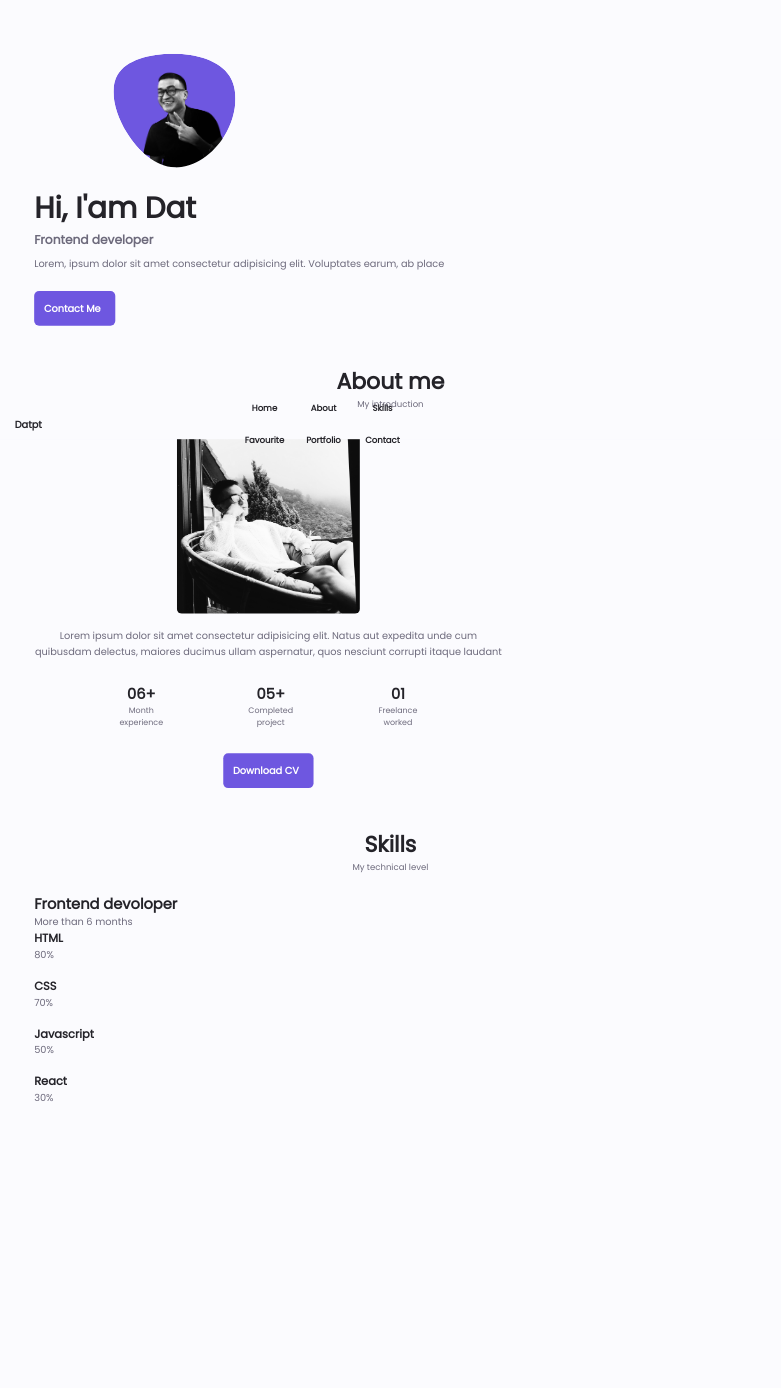
Repository: Datt21/portfolio
Page: index.html
The author's editor kept a copy of each file at every save. The page is drawn from the files as they stood at one save, then again after the next save.
The browser window is 1280 px wide. The pictures show the whole page, at 61% of full size.
Some icons come from a web library that is not loaded, so they are not drawn.

Above is the page before, as saved 2021-07-10 17:02:44.

### index.html
<!DOCTYPE html>
<html lang="en">
<head>
    <meta charset="UTF-8">
    <meta http-equiv="X-UA-Compatible" content="IE=edge">
    <meta name="viewport" content="width=device-width, initial-scale=1.0">
    <!--============= ICONS ================  -->
    <link rel="stylesheet" href="https://unicons.iconscout.com/release/v4.0.0/css/line.css">

    <!-- ============= SWIPER CSS =============== -->
    <link rel="stylesheet" href="">

    <!-- =============== CSS ========================= -->
    <link rel="stylesheet" href="./Css/style.css">

    <title>Portfolio</title>
</head>
<body>
    <!--============================ HEADER ============================ -->
    <header class="header" id="header">
        <nav class="nav container">
            <a href="#" class="nav__logo">Datpt</a>

            <div class="nav__menu" id="nav-menu">
                <ul class="nav__list grid">
                    <li class="nav__item">
                        <a href="#home" class="nav__link">
                            <i class="uil uil-estate nav__icon"></i>Home
                        </a>
                    </li>
                    <li class="nav__item">
                        <a href="#about" class="nav__link">
                            <i class="uil uil-user nav__icon"></i>About
                        </a>
                    </li>
                    <li class="nav__item">
                        <a href="#skills" class="nav__link">
                            <i class="uil uil-file-alt nav__icon"></i>Skills
                        </a>
                    </li>
                    <li class="nav__item">
                        <a href="#fovourite" class="nav__link">
                            <i class="uil uil-books nav__icon"></i>Favourite
                        </a>
                    </li>
                    <li class="nav__item">
                        <a href="#portfolio" class="nav__link">
                            <i class="uil uil-scenery nav__icon"></i>Portfolio
                        </a>
                    </li>
                    <li class="nav__item">
                        <a href="#contact" class="nav__link">
                            <i class="uil uil-message nav__icon"></i>Contact
                        </a>
                    </li>
                </ul>
                <i class="uil uil-times nav__close" id="nav-close"></i>
            </div>

            <div class="nav__btns">
                <div class="nav__toggle" id="nav-toggle">
                    <i class="uil uil-apps"></i>
                </div>
            </div>
        </nav>
    </header>

     <!--==================== MAIN ====================-->
     <main class="main">
        <!--==================== HOME ====================-->
        <section class="home section" id="home">
            <div class="home__container container grid">
                <div class="home__content grid">
                    <div class="home__social">
                        <a href="https://www.facebook.com/profile.php?id=100043830603950" target="_blank" class="home__social-icon">
                            <i class="uil uil-facebook"></i>
                        </a>
                        <a href="https://t.me/datpt21" target="_blank" class="home__social-icon">
                            <i class="uil uil-telegram-alt"></i>
                        </a>
                        <a href="https://github.com/Datt21" target="_blank" class="home__social-icon">
                            <i class="uil uil-github-alt"></i>
                        </a>
                    </div>

                    <div class="home__img">
                        <svg class="home__blob" viewBox="0 0 200 187" xmlns="http://www.w3.org/2000/svg" xmlns:xlink="http://www.w3.org/1999/xlink">
                            <mask id="mask0" mask-type="alpha">
                                <path d="M190.312 36.4879C206.582 62.1187 201.309 102.826 182.328 134.186C163.346 165.547
                                130.807 187.559 100.226 186.353C69.6454 185.297 41.0228 161.023 21.7403 129.362C2.45775
                                97.8511 -7.48481 59.1033 6.67581 34.5279C20.9871 10.1032 59.7028 -0.149132 97.9666
                                0.00163737C136.23 0.303176 174.193 10.857 190.312 36.4879Z"/>
                            </mask>
                            <g mask="url(#mask0)">
                                <path d="M190.312 36.4879C206.582 62.1187 201.309 102.826 182.328 134.186C163.346
                                165.547 130.807 187.559 100.226 186.353C69.6454 185.297 41.0228 161.023 21.7403
                                129.362C2.45775 97.8511 -7.48481 59.1033 6.67581 34.5279C20.9871 10.1032 59.7028
                                -0.149132 97.9666 0.00163737C136.23 0.303176 174.193 10.857 190.312 36.4879Z"/>

                                <image class="home_blob-img" x='12' y='18 'xlink:href="./images/me.png"/>
                            </g>
                        </svg>

                    </div>

                    <div class="home__data">
                        <h1 class="home__title">Hi, I'am Dat</h1>
                        <h3 class="home_subtitle">Frontend developer</h3>
                        <p class="home_description">Lorem, ipsum dolor sit amet consectetur adipisicing elit.
                            Voluptates earum, ab place</p>
                        <a href="#contact" class="button button--flex">
                            Contact Me<i class="uil uil-message button__icon"></i>
                        </a>
                    </div>
                </div>

                <div class="home_scroll">
                    <a href="#about" class="home__scroll-button button--flex">
                        <i class="uil uil-mouse-alt-2 home__scroll-mouse"></i>
                        <span class="home__scroll-name">Scroll down</span>
                        <i class="uil uil-arrow-down home__scroll-arrow"></i>
                    </a>
                </div>
            </div>
        </section>

        <!--==================== ABOUT ====================-->
        <section class="about section" id="about">
            <h2 class="section__title">About me</h2>
            <span class="section__subtitle">My introduction</span>

            <div class="about__container container grid">
                <img src="./images/me2.jpg" alt="" class="about__img">

                <div class="about-data">
                    <p class="about-decription">Lorem ipsum dolor sit amet consectetur adipisicing elit.
                        Natus aut expedita unde cum quibusdam delectus, maiores ducimus ullam aspernatur, quos nesciunt corrupti itaque laudant</p>

                    <div class="about__info">
                        <div>
                            <span class="about__info-title">06+</span>
                            <span class="about__info-name">Month <br> experience</span>
                        </div>
                        <div>
                            <span class="about__info-title">05+</span>
                            <span class="about__info-name">Completed <br> project</span>
                        </div>
                        <div>
                            <span class="about__info-title">01</span>
                            <span class="about__info-name">Freelance <br> worked</span>
                        </div>
                    </div>

                    <div class="about__buttons">
                        <a download="" href="./pdf/LeTienDat_CV.pdf" class="button button--flex">
                            Download CV <i class="uil uil-download-alt button__icon"></i>
                        </a>
                    </div>
                </div>
            </div>


        </section>

        <!--==================== SKILLS ====================-->
        <section class="skills section" id="skills">
            <h2 class="section__title">Skills</h2>
            <span class="section__subtitle">My technical level</span>

            <div class="skills__container container grid">
                <div>
                    <!-- skill 1 -->
                    <div class="skills__content">
                        <div class="skills__header">
                            <i class="uil uil-brackets-curly skills__icon"></i>

                            <div>
                                <h1 class="skills__title">Frontend devoloper</h1>
                                <span class="skills__subtitle">More than 6 months</span>
                            </div>
                            <i class="uil uil-angle-down skills__arrow"></i>
                        </div>

                        <div class="skills__list grid">
                            <div class="skills__data">
                                <div class="skills__title">
                                    <h3 class="skills__name">HTML</h3>
                                    <span class="skills__number">80%</span>
                                </div>
                                <div class="skills__bar">
                                    <span class="skills__percentage skills__html"></span>
                                </div>
                            </div>

                            <div class="skills__data">
                                <div class="skills__title">
                                    <h3 class="skills__name">CSS</h3>
                                    <span class="skills__number">70%</span>
                                </div>
                                <div class="skills__bar">
                                    <span class="skills__percentage skills__css"></span>
                                </div>
                            </div>

                            <div class="skills__data">
                                <div class="skills__title">
                                    <h3 class="skills__name">Javascript</h3>
                                    <span class="skills__number">50%</span>
                                </div>
                                <div class="skills__bar">
                                    <span class="skills__percentage skills__js"></span>
                                </div>
                            </div>

                            <div class="skills__data">
                                <div class="skills__title">
                                    <h3 class="skills__name">React</h3>
                                    <span class="skills__number">30%</span>
                                </div>
                                <div class="skills__bar">
                                    <span class="skills__percentage skills__react"></span>
                                </div>
                            </div>
                        </div>
                    </div>
                </div>
            </div>


        </section>

        <!--==================== QUALIFICATION ====================-->
        <section class="qualification section">


        </section>

        <!--==================== SERVICES ====================-->
        <section class="services section" id="services">


        </section>

        <!--==================== PORTFOLIO ====================-->
        <section class="portfolio section" id="portfolio">


        </section>

        <!--==================== PROJECT IN MIND ====================-->
        <section class="project section">


        </section>

        <!--==================== TESTIMONIAL ====================-->
        <section class="testimonial section">


        </section>

        <!--==================== CONTACT ME ====================-->
        <section class="contact section" id="contact">


        </section>
    </main>

    <!--==================== FOOTER ====================-->
    <footer class="footer">


    </footer>

    <!--==================== SCROLL TOP ====================-->


    <!--==================== SWIPER JS ====================-->
    <script src=""></script>

    <!-- =================== JS ======================= -->
    <script src="./JS/main.js"></script>
</body>
</html>

### Css/style.css
/* ========================= GOOGLE FONTS ========================= */
@import url('https://fonts.googleapis.com/css2?family=Poppins&display=swap');

/*========================= VARIABLES CSS ==========================*/
:root{
    --header-height: 3rem;

    /* ---COLORS----- */
    --hue-color: 250;
    --first-color: hsl(var(--hue-color), 69%, 61%);
    --first-color-second: hsl(var(--hue-color), 69%, 61%);
    --first-color-alt: hsl(var(--hue-color), 57%, 53%);
    --first-color-lighter: hsl(var(--hue-color), 92%, 85%);
    --title-color:hsl(var(--hue-color), 8%, 15%);
    --text-color: hsl(var(--hue-color), 8%, 45%);
    --text-color-light: hsl(var(--hue-color), 8%, 65%);
    --input-color: hsl(var(--hue-color), 70%, 96%);
    --body-color: hsl(var(--hue-color), 60%, 99%);
    --container-color: #fff;

    /* --- FONT & SIZES */
    --body-font: 'Poppins', sans-serif;

    --font-semi-bold: 700;
    --font-medium: 600;

    --big-font-size: 2rem;
    --h1-font-size: 1.5rem;
    --h2-font-size: 1.25rem;
    --h3-font-size: 1.125rem;
    --normal-font-size: .938rem;
    --small-font-size: .813rem;
    --smaller-font-size: .75rem;

    /* --- MARGIN BOTTOM */
    --mb-0-25: .25rem;
    --mb-0-5: .5rem;
    --mb-0-75: .75rem;
    --mb-1: 1rem;
    --mb-1-5: 1.5rem;
    --mb-2: 2rem;
    --mb-2-5: 2.5rem;
    --mb-3: 3rem;

    /* Z INDEX */
    --z-tooltip: 10;
    --z-fixed: 100;
    --z-modal: 1000;

}

/* Font size for large devices */
@media screen and (min-width: 968px){
    :root {
        --big-font-size: 3rem;
        --h1-font-size: 2.25rem;
        --h2-font-size: 1.5rem;
        --h3-font-size: 1.25rem;
        --normal-font-size: 1rem;
        --small-font-size: .875rem;
        --smaller-font-size: .813rem;
    }

}

/*====================== Variables Dark Theme ===================  */

/*====================== Button Dark/Light  ===================  */

/*====================== BASE ========================= */
*{
    box-sizing: border-box;
    padding: 0;
    margin: 0;
}

html{
    scroll-behavior: smooth;
}

body{
    margin: 0 0 var(--header-height) 0;
    font-family: var(--body-font);
    font-size: var(--normal-font-size);
    background-color: var(--body-color);
    color: var(--text-color);
}

h1,h2,h3,h4{
    color: var(--title-color);
    font-weight: var(--font-semi-bold)
}

ul{
    list-style: none;
}

a{
    text-decoration: none;
}

img{
    max-width: 100%;
    height: auto;
}

/*========================= set section - css classes ====================  */
.section{
    padding: 2rem;
}

.section__title{
    font-size: var(--h1-font-size);
}

.section__subtitle{
    display: block;
    font-size: var(--small-font-size);
    margin-bottom: var(--mb-2);
}

.section__title,
.section__subtitle{
    text-align: center;
}

/* ===================== LAYOUT ============================== */
.container{
    max-width: 768px;
    margin-left: var(--mb-1-5);
    margin-right: var(--mb-1-5);
}

.grid{
    display: grid;
    gap: 1.5rem;
}

.header{
    width: 100%;
    position: fixed;
    bottom: 0;
    left: 0;
    z-index: var(--z-fixed);
    background-color: var(--body-color);
}

/* ===================== NAV ==================== */
.nav{
    max-width: 968px;
    height: var(--header-height);
    display: flex;
    justify-content:space-between;
    align-items: center;
}

.nav__logo,
.nav__toggle{
    color: var(--title-color);
    font-weight: var(--font-medium);
}

.nav__logo:hover{
    color: var(--first-color);
}

.nav__toggle{
    font-size: 1.1rem;
    cursor: pointer;
}

.nav__toggle:hover{
    color: var(--first-color);
}

@media screen and (max-width: 767px) {
    .nav__menu{
        position: fixed;
        bottom: -100%;
        left: 0;
        width: 100%;
        background-color: var(--body-color);
        padding: 2rem 1.5rem 4rem;
        box-shadow: 0 -1px 4px rgb(0,0,0, .15 );
        border-radius: 1.5rem 1.5rem 0 0;
        transition:0.3s;
    }
}

.nav__list{
    grid-template-columns: repeat(3,1fr);
    gap: 2rem;
}

.nav__link{
    display: flex;
    flex-direction: column;
    align-items: center;
    font-size: var(--small-font-size);
    color: var(--title-color);
    font-weight: var(--font-medium);
}

.nav__link:hover{
    color: var(--first-color);
}

.nav__icon{
    font-size: 1.2rem;
}

.nav__close{
    position: absolute;
    right: 1.3rem;
    bottom: .5rem;
    font-size: 1.5rem;
    cursor: pointer;
    color: var(--first-color);
}

.nav__close:hover{
    color: var(--first-color-alt);
}

/* -----show menu ---------- */
.show-menu{
    bottom: 0;
}

/*==================== HOME ====================*/
.home__container{
    gap: 1rem;
}

.home__content{
    grid-template-columns: .5fr 3fr;
    padding-top: 3.5rem;
    align-items: center;
}

.home__social{
    display: grid;
    grid-template-columns: max-content;
    row-gap: 1rem;
}

.home__social-icon{
    font-size: 1.25rem;
    color: var(--first-color);
}

.home__social-icon:hover{
    color: var(--first-color-alt);
    transform: scale(1.2);
}

.home__blob{
    width: 200px;
    fill: var(--first-color);
}

.home_blob-img{
    width: 170px;
}

.home__data{
    grid-column: 1/3;
}

.home__title{
    font-size: var(--big-font-size);
}

.home_subtitle{
    font-size: var(--h3-font-size);
    color: var(--text-color);
    font-weight: var(--font-medium);
    margin-bottom: var(--mb-0-75);
}

.home_description{
    margin-bottom: var(--mb-2);
}

.home_scroll{
    display: none;
}

.home__scroll-button{
    color: var(--first-color);
    transition: 0.3s;
}

.home__scroll-button:hover{
    transform: translateY(0.25rem);
}

.home__scroll-mouse{
    font-size: 2rem;
}

.home__scroll-name{
    font-size: var(--small-font-size);
    color: var(--title-color);
    font-weight: var(--font-medium);
    margin-right: var(--mb-0-25);
}

.home__scroll-arrow{
    font-size: 1.25rem;
}

/*==================== BUTTONS ====================*/
.button{
    display: inline-block;
    background-color: var(--first-color);
    color: #fff;
    padding: 1rem;
    border-radius: .5rem;
    font-weight: var(--font-medium);
}

.button:hover{
    background-color: var(--first-color-alt);
}

.button__icon{
    font-size: 1.25rem;
    margin-left: var(--mb-0-5);
    transition: 0.3s;
}

.button--flex{
    display: inline-flex;
    align-items: center;
}



/*==================== ABOUT ====================*/
.about__img{
    border-radius: .5rem;
    width: 300px;
    justify-self: center;
    align-self: center;
    height: 300px;
    object-fit: cover;
}

.about-decription{
    text-align: center;
    margin-bottom: var(--mb-2-5);
}

.about__info{
    display: flex;
    justify-content: space-evenly;
    margin-bottom: var(--mb-2-5);
}

.about__info-title{
    font-size: var(--h2-font-size);
    font-weight: var(--font-semi-bold);
    color: var(--title-color);
}

.about__info-name{
    font-size: var(--smaller-font-size);
}

.about__info-title,
.about__info-name{
    display: block;
    text-align: center;
}

.about__buttons{
    display: flex;
    justify-content: center;
}








/*==================== SKILLS ====================*/


/*==================== QUALIFICATION ====================*/


/*==================== SERVICES ====================*/


/* Active Modal */


/*==================== PORTFOLIO ====================*/


/*==================== PROJECT IN MIND ====================*/


/*==================== TESTIMONIAL ====================*/


/*==================== CONTACT ME ====================*/


/*==================== FOOTER ====================*/


/*========== SCROLL UP ==========*/


/* Show scroll */


/*========== SCROLL BAR ==========*/


/*==================== MEDIA QUERIES ====================*/
/* For small devices */


/* For medium devices */


/* For large devices */

### JS/main.js
/*================= Menu show Y hidden ================= */
const navMenu = document.getElementById('nav-menu'),
      navToggle = document.getElementById('nav-toggle'),
      navClose = document.getElementById('nav-close')

/*======== Menu show =========*/
/* validate if constant exists */
if(navToggle){
    navToggle.addEventListener('click', () =>{
        navMenu.classList.add('show-menu')
    })
}

/*======== Menu hidden =========*/
/* validate if constant exists */
if(navClose){
    navClose.addEventListener('click', () =>{
        navMenu.classList.remove('show-menu')
    })
}

/*==================== REMOVE MENU MOBILE ====================*/
const navLink = document.querySelectorAll('.nav__link')

function linkAction() {
    const navMenu = document.getElementById('nav-menu')
    //khi click vao moi link,thi menu duoc an di
    navMenu.classList.remove('show-menu')
}
navLink.forEach(n => n.addEventListener('click', linkAction))

/*==================== ACCORDION SKILLS ====================*/


/*==================== QUALIFICATION TABS ====================*/


/*==================== SERVICES MODAL ====================*/


/*==================== PORTFOLIO SWIPER  ====================*/


/*==================== TESTIMONIAL ====================*/


/*==================== SCROLL SECTIONS ACTIVE LINK ====================*/


/*==================== CHANGE BACKGROUND HEADER ====================*/


/*==================== SHOW SCROLL UP ====================*/


/*==================== DARK LIGHT THEME ====================*/

After the next save:
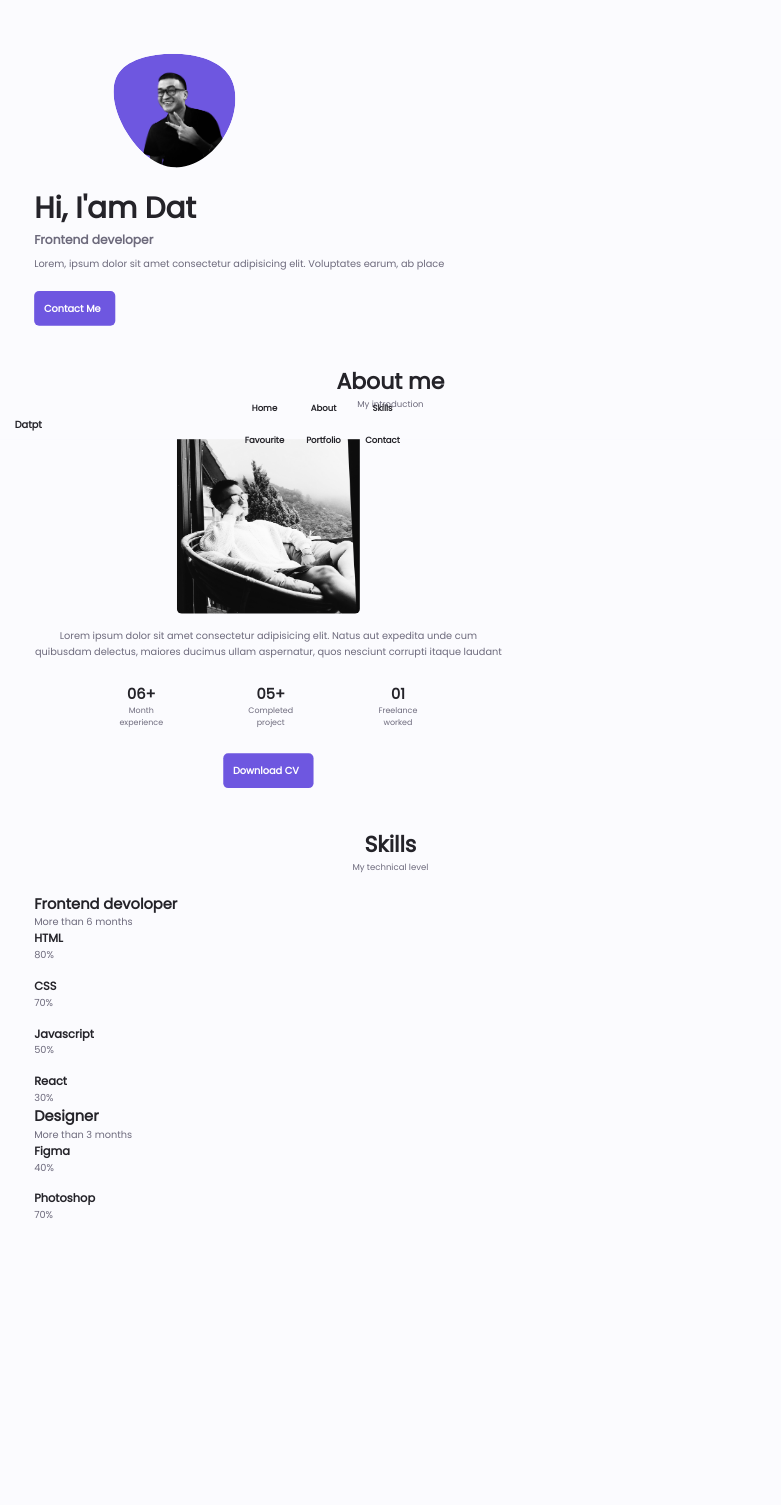
Saved 5 min 56 s later.
--- a/index.html
+++ b/index.html
@@ -223,6 +223,42 @@
                             </div>
                         </div>
                     </div>
+
+                    <!-- skill 2 -->
+                    <div class="skills__content">
+                        <div class="skills__header">
+                            <i class="uil uil-swatchbook skills__icon"></i>
+
+                            <div>
+                                <h1 class="skills__title">Designer</h1>
+                                <span class="skills__subtitle">More than 3 months</span>
+                            </div>
+                            <i class="uil uil-angle-down skills__arrow"></i>
+                        </div>
+
+                        <div class="skills__list grid">
+                            <div class="skills__data">
+                                <div class="skills__title">
+                                    <h3 class="skills__name">Figma</h3>
+                                    <span class="skills__number">40%</span>
+                                </div>
+                                <div class="skills__bar">
+                                    <span class="skills__percentage skills__html"></span>
+                                </div>
+                            </div>
+
+                            <div class="skills__data">
+                                <div class="skills__title">
+                                    <h3 class="skills__name">Photoshop</h3>
+                                    <span class="skills__number">70%</span>
+                                </div>
+                                <div class="skills__bar">
+                                    <span class="skills__percentage skills__css"></span>
+                                </div>
+                            </div>
+
+                        </div>
+                    </div>
                 </div>
             </div>
 
